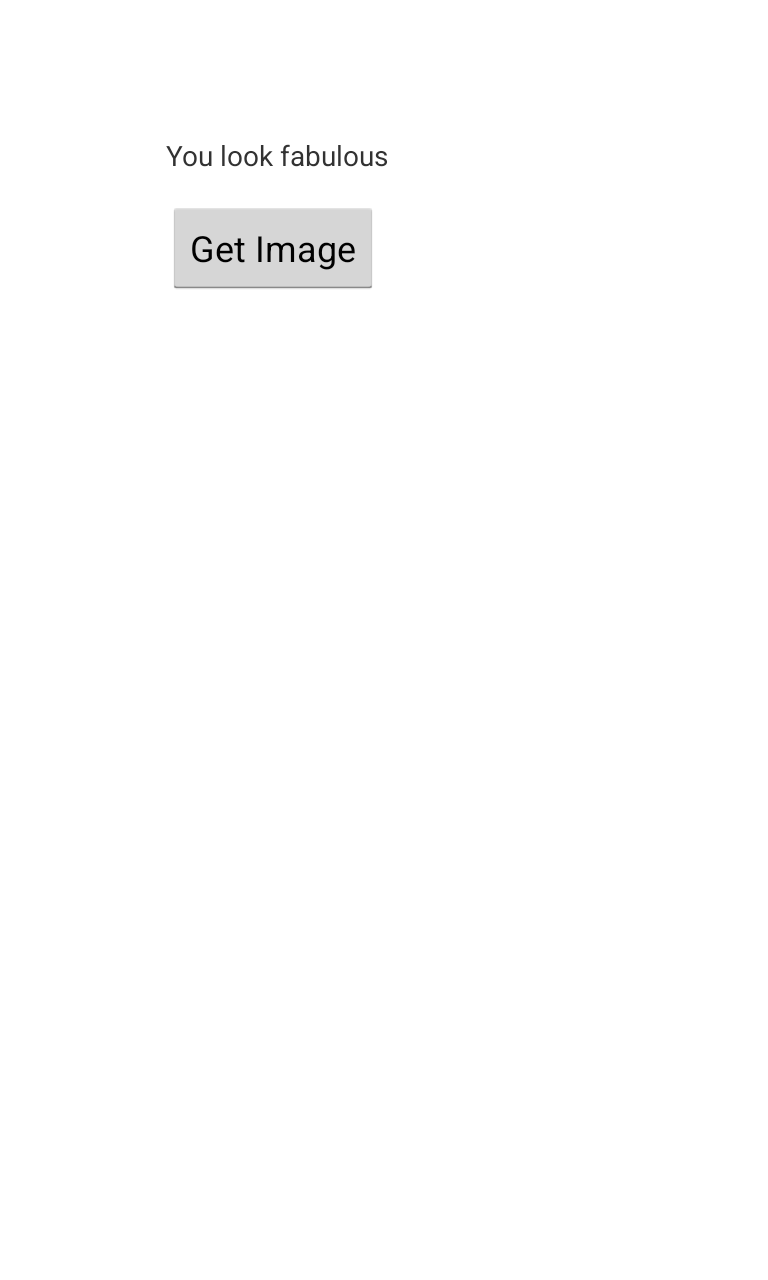
Repository: rtyanas/MyPics
Layout: workspace/MyPic/res/layout/activity_main.xml
An editor plug-in stored every save of this project. The layout is shown before and after the next save, followed by the edit.
It is drawn on a 768 x 1280 px phone screen (xhdpi) without system bars, with theme AppTheme; the app's code is not run.

Above is the layout before, as saved 2013-12-12 22:10:11.

### workspace/MyPic/res/layout/activity_main.xml
<RelativeLayout xmlns:android="http://schemas.android.com/apk/res/android"
    xmlns:tools="http://schemas.android.com/tools"
    android:id="@+id/main_layout"
    android:layout_width="match_parent"
    android:layout_height="match_parent"
    android:gravity="fill_vertical"
    android:paddingBottom="@dimen/activity_vertical_margin"
    android:paddingLeft="@dimen/activity_horizontal_margin"
    android:paddingRight="@dimen/activity_horizontal_margin"
    android:paddingTop="@dimen/activity_vertical_margin"
    tools:context=".MainActivity" >

    <RelativeLayout
        android:id="@+id/relativeLayout2"
        android:layout_width="wrap_content"
        android:layout_height="wrap_content"
        android:layout_marginLeft="67dp"
        android:layout_marginTop="52dp" >

        <TextView
            android:id="@+id/message_data"
            android:layout_width="wrap_content"
            android:layout_height="wrap_content"
            android:text="@string/fabulous" />

        <LinearLayout
            android:layout_width="wrap_content"
            android:layout_height="wrap_content"
            android:layout_alignRight="@+id/get_image_button" >

        </LinearLayout>

        <Button
            android:id="@+id/get_image_button"
            android:layout_width="wrap_content"
            android:layout_height="wrap_content"
            android:layout_marginTop="32dp"
            android:text="@string/get_image" />

    </RelativeLayout>

    <RelativeLayout
        android:id="@+id/relativeLayout1"
        android:layout_width="wrap_content"
        android:layout_height="wrap_content"
        android:layout_alignParentBottom="true"
        android:layout_centerHorizontal="true"
        android:layout_marginBottom="86dp" >

        <ImageView
            android:id="@+id/mypic"
            android:layout_width="wrap_content"
            android:layout_height="wrap_content"
            android:contentDescription="@string/my_pic_image"
          />
    </RelativeLayout>

</RelativeLayout>

### workspace/MyPic/res/values/strings.xml
<?xml version="1.0" encoding="utf-8"?>
<resources>

    <string name="app_name">MyPic</string>
    <string name="action_settings">Settings</string>
    <string name="hello_world">Hello world!</string>
    <string name="fabulous">You look fabulous</string>
    <string name="my_pic_image">myPic Image</string>
    <string name="get_image">Get Image</string>
    <string name="title_activity_get_image">GetImageActivity</string>

</resources>

Loaded but not shown: workspace/MyPic/res/values/styles.xml (common file); workspace/MyPic/res/values-v11/styles.xml (common file); workspace/MyPic/res/values-v14/styles.xml (common file); workspace/MyPic/res/values/dimens.xml (common file)

After the next save:
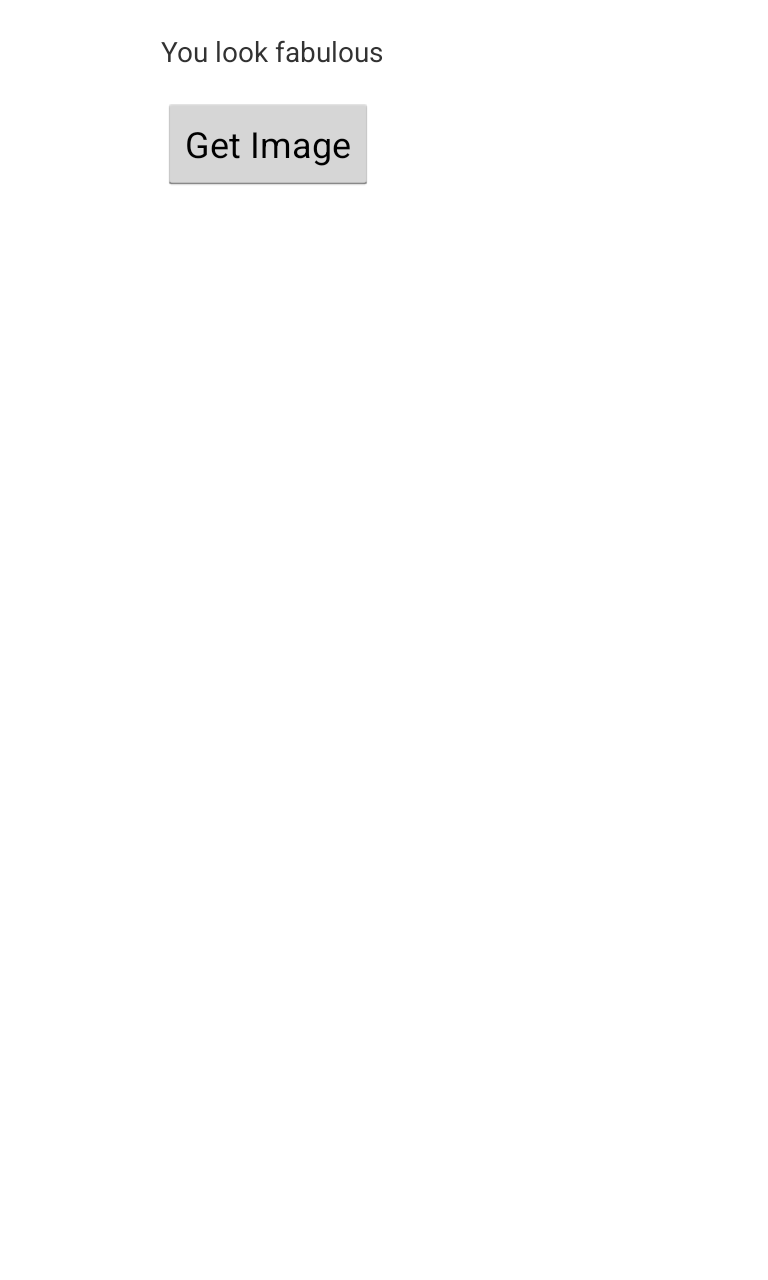
Saved 56 s later.
--- a/workspace/MyPic/res/layout/activity_main.xml
+++ b/workspace/MyPic/res/layout/activity_main.xml
@@ -14,21 +14,14 @@
         android:id="@+id/relativeLayout2"
         android:layout_width="wrap_content"
         android:layout_height="wrap_content"
-        android:layout_marginLeft="67dp"
-        android:layout_marginTop="52dp" >
+        android:layout_alignParentTop="true"
+        android:layout_alignRight="@+id/relativeLayout1" >
 
         <TextView
             android:id="@+id/message_data"
             android:layout_width="wrap_content"
             android:layout_height="wrap_content"
             android:text="@string/fabulous" />
-
-        <LinearLayout
-            android:layout_width="wrap_content"
-            android:layout_height="wrap_content"
-            android:layout_alignRight="@+id/get_image_button" >
-
-        </LinearLayout>
 
         <Button
             android:id="@+id/get_image_button"

After the save that followed:
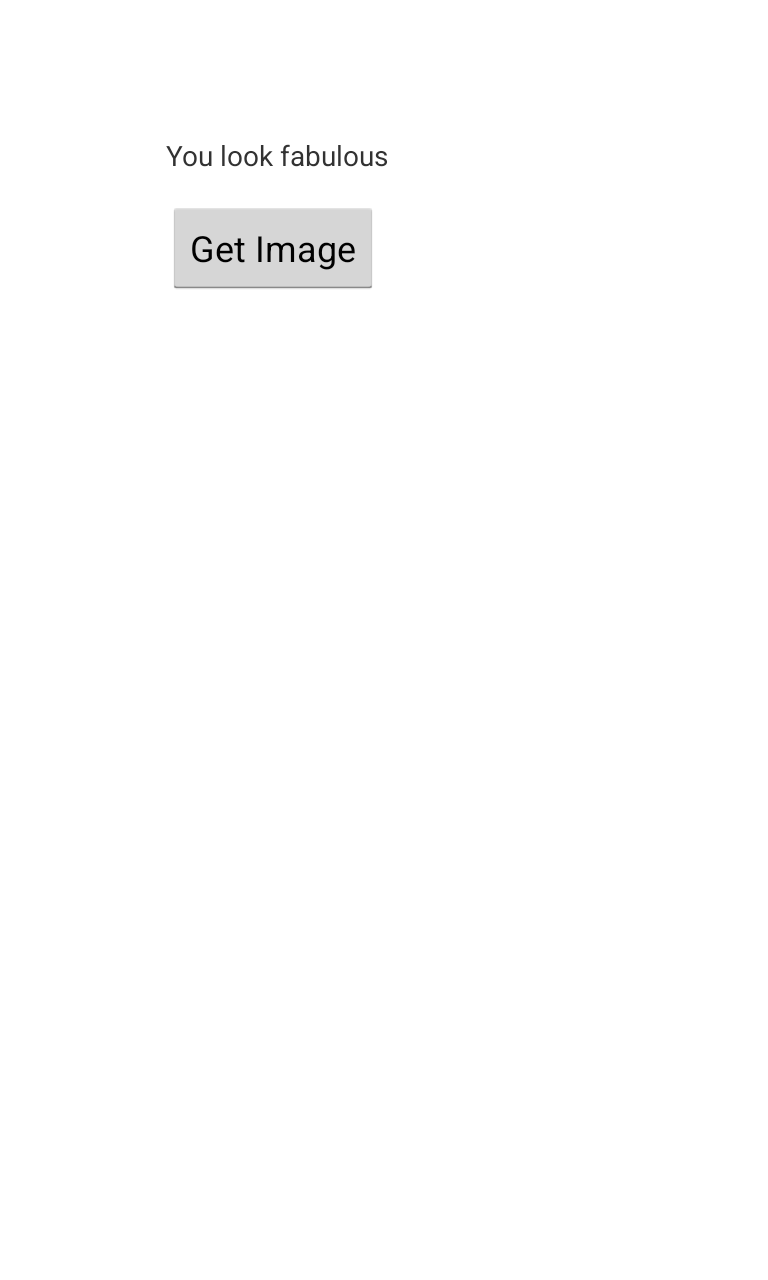
Saved 31 s later.
--- a/workspace/MyPic/res/layout/activity_main.xml
+++ b/workspace/MyPic/res/layout/activity_main.xml
@@ -14,8 +14,8 @@
         android:id="@+id/relativeLayout2"
         android:layout_width="wrap_content"
         android:layout_height="wrap_content"
-        android:layout_alignParentTop="true"
-        android:layout_alignRight="@+id/relativeLayout1" >
+        android:layout_marginLeft="67dp"
+        android:layout_marginTop="52dp" >
 
         <TextView
             android:id="@+id/message_data"
